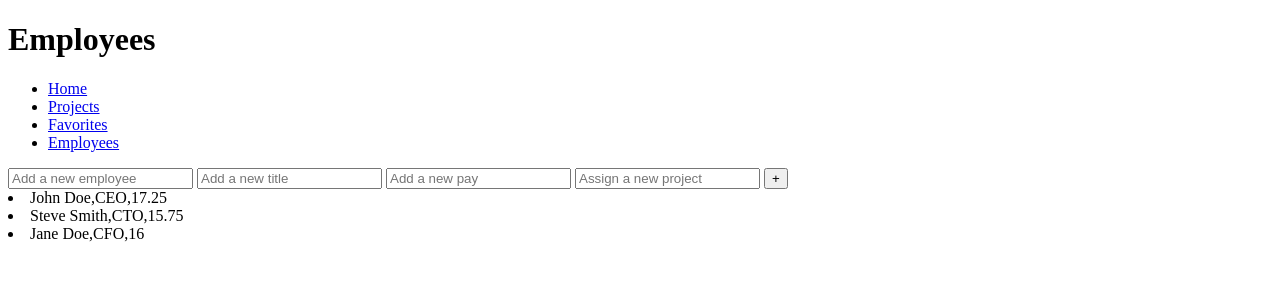
Repository: Kayla-amr/workApp
Page: client/employees.html
An editor plug-in stored every save of this project. The page is shown before and after the next save, followed by the edit.
The browser window is 1280 px wide. The pictures show the whole page.

Above is the page before, as saved 2023-12-04 06:12:56.
Console error: ReferenceError: employee is not defined

After the next save:
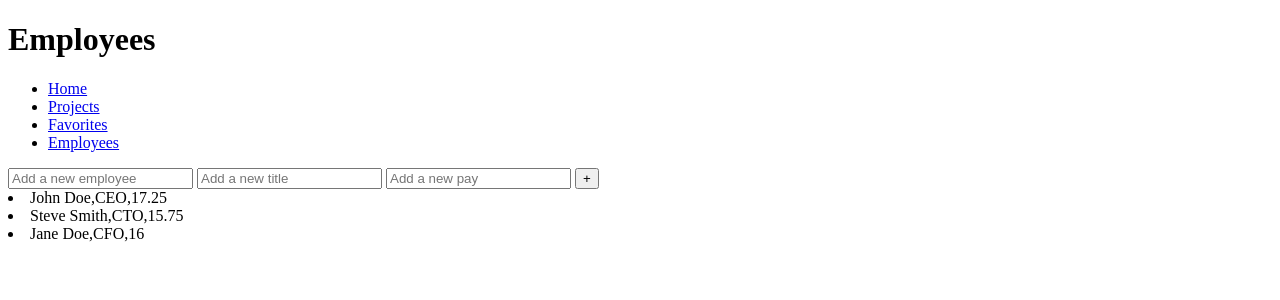
Saved 29 s later.
--- a/client/employees.html
+++ b/client/employees.html
@@ -21,8 +21,6 @@
             <input class="userEName" type="text" placeholder="Add a new employee">
             <input class="userETitle" type="text" placeholder="Add a new title">
             <input class="userEPay" type="text" placeholder="Add a new pay">
-            <input class="userEProject" type="text" placeholder="Assign a new project">
-
 
             <button class="addInput">+</button>
 
